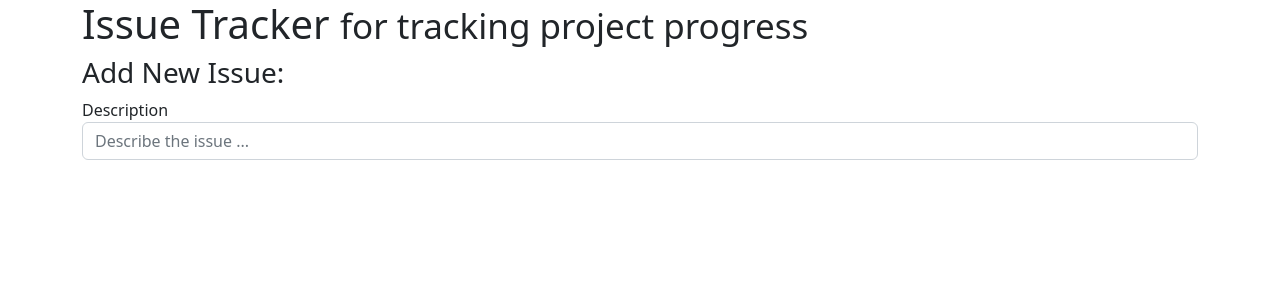
Repository: dvynchi/issue-tracker
Page: index.html
The author's editor kept a copy of each file at every save. The page is drawn from the files as they stood at one save, then again after the next save.
The browser window is 1280 px wide. The pictures show the whole page.

Above is the page before, as saved 2022-08-19 11:53:14.

After the next save:
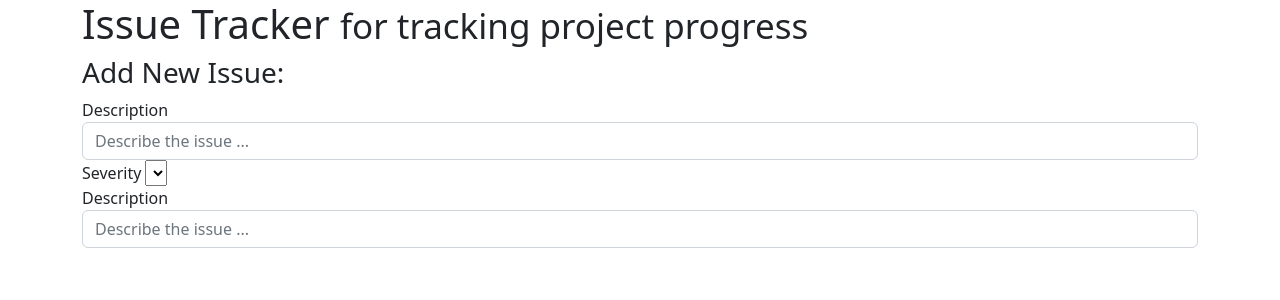
Saved 4 min 59 s later.
--- a/index.html
+++ b/index.html
@@ -17,6 +17,18 @@
         <div class="jumbotron">
             <h3>Add New Issue:</h3>
             <form id="issueInputForm">
+                <div class="form-group">
+                    <label for="issueDescInput">Description</label>
+                    <input type="text" class="form-control" id="issueDescInput" placeholder="Describe the issue ...">
+                </div>
+
+                <div class="form-group">
+                    <label for="issueServrityInput">Severity</label>
+                    <!-- dropdown list -->
+                    <select id="issueSeverityInput"></select>
+
+                </div>
+
                 <div class="form-group">
                     <label for="issueDescInput">Description</label>
                     <input type="text" class="form-control" id="issueDescInput" placeholder="Describe the issue ...">
